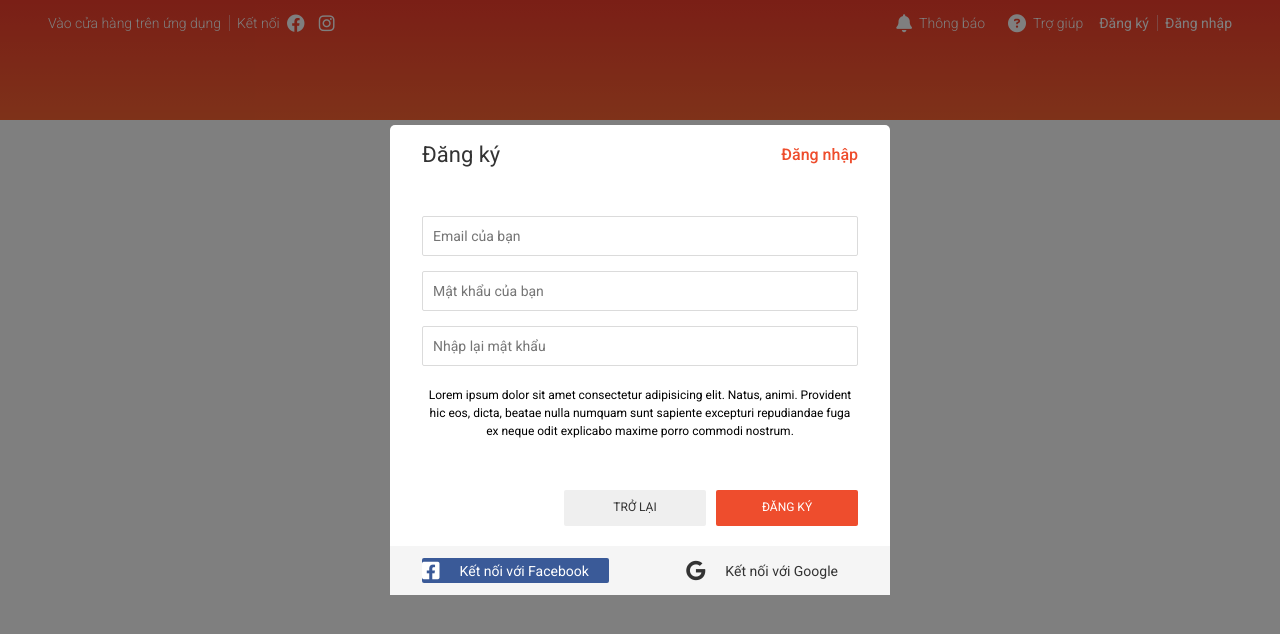
Repository: dptuyen1/F8-Tutorial
Page: index.html
These files come from the project's save history. The page is drawn as it stood at one moment and after the next save; the edit follows.
The browser window is 1280 px wide. The pictures show the whole page.

Above is the page before, as saved 2023-05-08 18:18:45.

### index.html
<!DOCTYPE html>
<html lang="en">
  <head>
    <meta charset="UTF-8" />
    <meta http-equiv="X-UA-Compatible" content="IE=edge" />
    <meta name="viewport" content="width=device-width, initial-scale=1.0" />
    <title>Document</title>
    <link
      rel="stylesheet"
      href="https://cdnjs.cloudflare.com/ajax/libs/normalize/8.0.1/normalize.min.css"
      integrity="sha512-NhSC1YmyruXifcj/KFRWoC561YpHpc5Jtzgvbuzx5VozKpWvQ+4nXhPdFgmx8xqexRcpAglTj9sIBWINXa8x5w=="
      crossorigin="anonymous"
      referrerpolicy="no-referrer"
    />
    <link rel="stylesheet" href="assets/css/base.css" />
    <link rel="stylesheet" href="assets/css/main.css" />
    <link
      rel="stylesheet"
      href="assets/fonts/fontawesome-free-6.4.0-web/css/all.min.css"
    />
    <link rel="preconnect" href="https://fonts.googleapis.com" />
    <link rel="preconnect" href="https://fonts.gstatic.com" crossorigin />
    <link
      href="https://fonts.googleapis.com/css2?family=Roboto:wght@300;400;500;700&display=swap"
      rel="stylesheet"
    />
  </head>

  <body>
    <div class="app">
      <header class="header">
        <div class="grid">
          <nav class="header__navbar">
            <ul class="header__navbar-list">
              <li
                class="header__navbar-item header__navbar-item-has-qr header__navbar-item-separate"
              >
                Vào cửa hàng trên ứng dụng
                <div class="header__qr">
                  <img
                    src="assets/img/qr_code.png"
                    alt="QR Cođe"
                    class="header__qr-img"
                  />
                  <div class="header__qr-apps">
                    <a href="" class="header__qr-link">
                      <img
                        src="assets/img/google_play.png"
                        alt="Google Play"
                        class="header__qr-download-img"
                      />
                    </a>
                    <a href="" class="header__qr-link">
                      <img
                        src="assets/img/app_store.png"
                        alt="App Store"
                        class="header__qr-download-img"
                      />
                    </a>
                  </div>
                </div>
              </li>
              <li class="header__navbar-item">
                <span class="header__navbar-title-no-pointer">Kết nối</span>
                <a href="" class="header__navbar-icon-link">
                  <i class="header__navbar-icon fa-brands fa-facebook"></i>
                </a>
                <a href="" class="header__navbar-icon-link">
                  <i class="header__navbar-icon fa-brands fa-instagram"></i>
                </a>
              </li>
            </ul>
            <ul class="header__navbar-list">
              <li class="header__navbar-item header__navbar-item--has-notify">
                <a href="" class="header__navbar-item-link">
                  <a href="" class="header__navbar-icon-link">
                    <i class="header__navbar-icon fa-solid fa-bell"></i> </a
                  >Thông báo
                </a>
                <div class="header__notify">
                  <header class="header__notify-header">
                    <h3>Thông báo mới nhận</h3>
                  </header>
                  <ul class="header__notify-list">
                    <li class="header__notify-item">
                      <a href="" class="header_notify-link">
                        <img
                          src="assets/img/comestic.jpg"
                          alt=""
                          class="header__notify-img"
                        />
                        <div class="header__notify-info">
                          <span class="header_notify-name"
                            >Mỹ phẩm Ohui chính hãng</span
                          >
                          <span class="header__notify-description"
                            >Mô tả mỹ tả Ohui chính hãng</span
                          >
                        </div>
                      </a>
                    </li>
                    <li class="header__notify-item header__notify-item--read">
                      <a href="" class="header_notify-link">
                        <img
                          src="assets/img/comestic.jpg"
                          alt=""
                          class="header__notify-img"
                        />
                        <div class="header__notify-info">
                          <span class="header_notify-name"
                            >Mỹ phẩm Ohui chính hãng</span
                          >
                          <span class="header__notify-description"
                            >Mô tả mỹ tả Ohui chính hãng</span
                          >
                        </div>
                      </a>
                    </li>
                    <li class="header__notify-item">
                      <a href="" class="header_notify-link">
                        <img
                          src="assets/img/comestic.jpg"
                          alt=""
                          class="header__notify-img"
                        />
                        <div class="header__notify-info">
                          <span class="header_notify-name"
                            >Mỹ phẩm Ohui chính hãng</span
                          >
                          <span class="header__notify-description"
                            >Mô tả mỹ tả Ohui chính hãng</span
                          >
                        </div>
                      </a>
                    </li>
                  </ul>
                  <footer class="header__notify-footer">
                    <a href="" class="header__notify-footer-btn">Xem tất cả</a>
                  </footer>
                </div>
              </li>
              <li class="header__navbar-item">
                <a href="" class="header__navbar-item-link">
                  <a href="" class="header__navbar-icon-link">
                    <i
                      class="header__navbar-icon fa-solid fa-circle-question"
                    ></i></a
                  >Trợ giúp
                </a>
              </li>
              <li
                class="header__navbar-item header__navbar-item-bold header__navbar-item-separate"
              >
                Đăng ký
              </li>
              <li class="header__navbar-item header__navbar-item-bold">
                Đăng nhập
              </li>
            </ul>
          </nav>
        </div>
      </header>

      <div class="container"></div>

      <footer class="footer"></footer>
    </div>

    <!-- Modal layout -->
    <div class="modal">
      <div class="modal__overlay"></div>
      <div class="modal__body">
        <div class="modal__inner"></div>

        <!-- Authenticated Form -->
        <form class="auth-form">
          <div class="auth-form__container">
            <div class="auth-form__header">
              <h3 class="auth_form__heading">Đăng ký</h3>
              <span class="auth_form__switch-btn">Đăng nhập</span>
            </div>
            <div class="auth-form__form">
              <div class="auth-form__group">
                <input
                  type="text"
                  class="auth-form__input"
                  placeholder="Email của bạn"
                />
              </div>
              <div class="auth-form__group">
                <input
                  type="password"
                  class="auth-form__input"
                  placeholder="Mật khẩu của bạn"
                />
              </div>
              <div class="auth-form__group">
                <input
                  type="password"
                  class="auth-form__input"
                  placeholder="Nhập lại mật khẩu"
                />
              </div>
            </div>
            <div class="auth-form__aside">
              <p>
                Lorem ipsum dolor sit amet consectetur adipisicing elit. Natus,
                animi. Provident hic eos, dicta, beatae nulla numquam sunt
                sapiente excepturi repudiandae fuga ex neque odit explicabo
                maxime porro commodi nostrum.
              </p>
            </div>
            <div class="auth-form__controls">
              <button class="btn btn--back">TRỞ LẠI</button>
              <button class="btn btn--primary">ĐĂNG KÝ</button>
            </div>
          </div>

          <div class="auth-form__socials">
            <a
              href=""
              class="auth-form__socials--facebook btn btn--size-s btn--with-icon"
            >
              <i
                class="auth-form_socials-icon fa-brands fa-square-facebook"
              ></i>
              <span class="auth-form__socials-label">Kết nối với Facebook</span>
            </a>
            <a
              href=""
              class="auth-form__socials--google btn btn--size-s btn--with-icon"
            >
              <i class="auth-form_socials-icon fa-brands fa-google"></i>
              <span class="auth-form__socials-label">Kết nối với Google</span>
            </a>
          </div>
        </form>
      </div>
    </div>
  </body>
</html>

### assets/css/base.css
:root {
  --primary-color: #ee4d2d;
  --white-color: #fff;
  --black-color: #000;
  --text-color: #333;
  --border-color: #dbdbdb;
}

* {
  box-sizing: inherit;
}

html {
  font-size: 62.5%;
  line-height: 1.6rem;
  font-family: "Roboto", sans-serif;
  box-sizing: border-box;
}

.grid {
  width: 1200px;
  max-width: 100%;
  /* căn giữa */
  margin: 0 auto;
}

.grid__full-width {
  width: 100%;
}

.grid__row {
  display: flex;
  flex-wrap: wrap;
}

/* Modal */
.modal {
  position: fixed;
  top: 0;
  right: 0;
  bottom: 0;
  left: 0;
  display: flex;
}

.modal__overlay {
  position: absolute;
  width: 100%;
  height: 100%;
  background-color: rgba(0, 0, 0, 0.5);
}

.modal__body {
  background-color: var(--white-color);
  margin: auto;
  position: relative;
  z-index: 1;
  border-radius: 5px;
}

.modal__inner {
}

/* Button style */
.btn {
  min-width: 142px;
  height: 36px;
  text-decoration: none;
  border: none;
  border-radius: 2px;
  cursor: pointer;
  padding: 0;
  font-size: 1.2rem;
  color: var(--text-color);
  display: flex;
  justify-content: center;
  align-items: center;
}

.btn:hover {
  background-color: rgba(0, 0, 0, 0.2);
}

.btn.btn--size-s {
  height: 25px;
  font-size: 1.4rem;
}

.btn.btn--primary {
  color: var(--white-color);
  background-color: var(--primary-color);
}

.btn.btn--disabled {
  color: #ccc;
  cursor: default;
  background-color: #999;
}

/* Animation */
@keyframes fadeIn {
  from {
    opacity: 0;
  }

  to {
    opacity: 1;
  }
}

@keyframes notifyGrowth {
  from {
    opacity: 0;
    transform: scale(0);
  }

  to {
    opacity: 1;
    transform: scale(1);
  }
}

### assets/css/main.css
.header {
  height: 120px;
  background-image: linear-gradient(0, #fe6433, #f53e2d);
}

.header__navbar {
  display: flex;
  justify-content: space-between;
}

.header__navbar-list {
  list-style: none;
  padding-left: 0;
}

.header__navbar-item {
  margin: 0 8px;
  position: relative;
  min-height: 26px;
}

.header__navbar-item-has-qr:hover .header__qr {
  display: block;
}

.header__navbar-item,
.header__navbar-item-link {
  display: inline-block;
  font-size: 1.4rem;
  color: var(--white-color);
  text-decoration: none;
  font-weight: 300;
}

.header__navbar-list,
.header__navbar-item,
.header__navbar-item-link,
.header__navbar-icon-link {
  display: inline-flex;
  align-items: center;
}

.header__navbar-item:hover,
.header__navbar-item-link:hover,
.header__navbar-icon-link:hover {
  color: rgba(255, 255, 255, 0.5);
  cursor: pointer;
}

.header__navbar-item--has-notify:hover .header__notify {
  display: block;
}

.header__navbar-item-bold {
  font-weight: 400;
}

.header__navbar-item-separate::after {
  content: "";
  display: block;
  position: absolute;
  border-left: 1px solid #fb9086;
  height: 16px;
  right: -9px;
  top: 50%;
  transform: translateY(-50%);
}

.header__navbar-icon-link {
  color: var(--white-color);
  text-decoration: none;
}

.header__navbar-icon {
  font-size: 1.8rem;
  margin: 0 7px;
}

.header__navbar-title-no-pointer {
  cursor: text;
  color: var(--white-color);
}

/* Header QR Code  */
.header__qr {
  width: 185px;
  background-color: var(--white-color);
  position: absolute;
  left: 0;
  /* cao bằng thẻ chứa nó */
  top: 150%;
  padding: 8px;
  border-radius: 2px;
  display: none;
  animation: fadeIn ease-in 0.5s;
}

.header__qr::before {
  content: "";
  display: block;
  position: absolute;
  width: 100%;
  height: 20px;
  left: 0;
  top: -20px;
}

.header__qr-img {
  width: 100%;
}

.header__qr-apps {
  display: flex;
  justify-content: space-between;
}

.header__qr-link:first-child {
  margin-left: 11px;
}

.header__qr-link:last-child {
  margin-right: 11px;
}

.header__qr-download-img {
  height: 15px;
}

/* Header notification */

.header__notify {
  position: absolute;
  top: 150%;
  right: 0;
  width: 405px;
  background-color: var(--white-color);
  border: 1px solid #d3d3d3;
  border-radius: 2px;
  cursor: default;
  transform-origin: top right;
  display: none;
  animation: notifyGrowth ease-in 0.5s;
}

.header__notify::before {
  content: "";
  border-width: 20px 30px;
  border-style: solid;
  border-color: transparent transparent var(--white-color) transparent;
  position: absolute;
  right: 0;
  top: -30px;
}

.header__notify::after {
  content: "";
  display: block;
  position: absolute;
  right: 0;
  top: -20px;
  width: 100%;
  height: 20px;
}

.header__notify-header {
  height: 40px;
  background-color: var(--white-color);
}

.header__notify-header h3 {
  color: #999;
  margin: 0 0 0 12px;
  font-weight: 400;
  font-size: 1.4rem;
  line-height: 40px;
}

.header__notify-list {
  padding-left: 0;
}

.header__notify-item {
  display: flex;
}

.header__notify-item:hover {
  background-color: #f7f7f7;
}

.header__notify-item--read {
  background-color: rgba(238, 77, 45, 0.2);
}

.header_notify-link {
  width: 100%;
  display: flex;
  padding: 12px;
  text-decoration: none;
}

.header__notify-img {
  width: 50px;
  object-fit: contain;
}

.header__notify-info {
  margin-left: 12px;
}

.header_notify-name {
  display: block;
  font-size: 1.4rem;
  color: var(--black-color);
  font-weight: 400;
}

.header__notify-description {
  display: block;
  font-size: 1.2rem;
  line-height: 2rem;
  color: #756f6e;
  margin-top: 10px;
}

.header__notify-footer {
  display: flex;
}

.header__notify-footer-btn {
  text-decoration: none;
  color: var(--text-color);
  margin: 0 auto;
  padding: 10px;
  font-size: 1.4rem;
  font-weight: 400;
}

/* Authenticated modal */
.auth-form {
  width: 500px;
}

.auth-form__container {
  padding: 0 32px;
}

.auth-form__header {
  display: flex;
  align-items: center;
  justify-content: space-between;
}

.auth_form__heading {
  font-size: 2.2rem;
  font-weight: 400;
  color: var(--text-color);
}

.auth_form__switch-btn {
  font-size: 1.6rem;
  color: var(--primary-color);
  font-weight: 500;
  cursor: pointer;
}

.auth-form__form {
  margin-top: 16px;
}

.auth-form__group {
}

.auth-form__input {
  width: 100%;
  height: 40px;
  margin-top: 15px;
  padding: 0 10px;
  font-size: 1.4rem;
  border: 1px solid var(--border-color);
  border-radius: 2px;
  outline: none;
}

.auth-form__input:focus {
  border-color: #777;
}

.auth-form__aside {
  margin-top: 20px;
}

.auth-form__aside p {
  font-size: 1.2rem;
  line-height: 1.8rem;
  text-align: center;
}

.auth-form__controls {
  margin-top: 50px;
  margin-bottom: 20px;
  display: flex;
  justify-content: flex-end;
}

.btn {
}

.btn--back {
  margin-right: 10px;
}

.btn--primary {
}

.auth-form__socials {
  background-color: #f5f5f5;
  padding: 12px 32px;
  display: flex;
  justify-content: space-between;
}

.btn--with-icon {
}

.auth-form_socials-icon {
  font-size: 2rem;
}

.auth-form__socials--facebook {
  color: var(--white-color);
  background-color: #3a5a98;
}

.auth-form__socials--facebook .auth-form_socials-icon {
  color: var(--white-color);
}

.auth-form__socials-label {
  margin: 0 20px;
}

Loaded but not shown: assets/fonts/fontawesome-free-6.4.0-web/css/all.min.css (library)

After the next save:
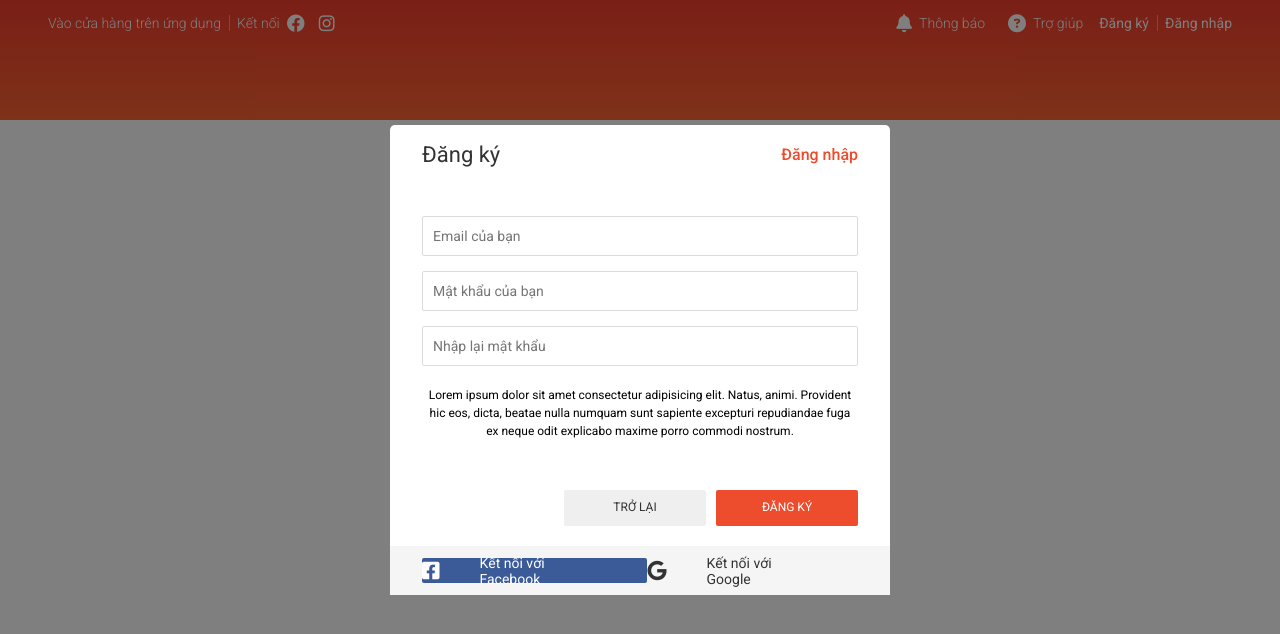
Saved 15 s later.
--- a/assets/css/main.css
+++ b/assets/css/main.css
@@ -336,5 +336,5 @@
 }
 
 .auth-form__socials-label {
-  margin: 0 20px;
-}
+  margin: 0 40px;
+}
